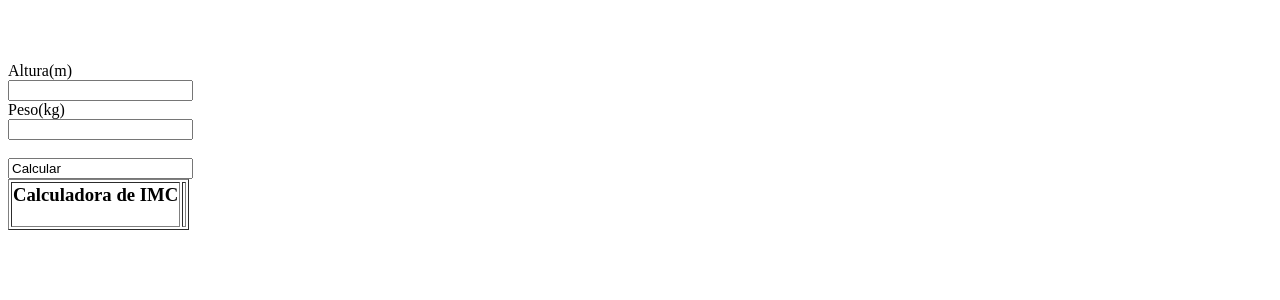
Repository: Patriciamativi/Projetos
Page: index.html
The author's editor kept a copy of each file at every save. The page is drawn from the files as they stood at one save, then again after the next save.
The browser window is 1280 px wide. The pictures show the whole page.

Above is the page before, as saved 2022-11-17 20:55:16.

After the next save:
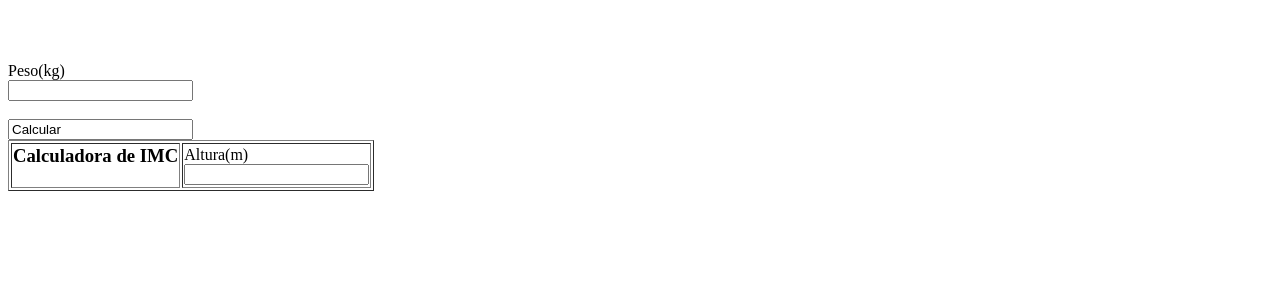
Saved 6 s later.
--- a/index.html
+++ b/index.html
@@ -10,8 +10,8 @@
             <td><h3>Calculadora de IMC</h3></td>
 
     <br>
-        <td></td>Altura(m)<br/>
-        <input type: "number" > </br>
+        <td>Altura(m)<br/>
+        <input type: "number" > </br></td>
 
         Peso(kg)<br/>
         <input type: "number" > </br></br>
